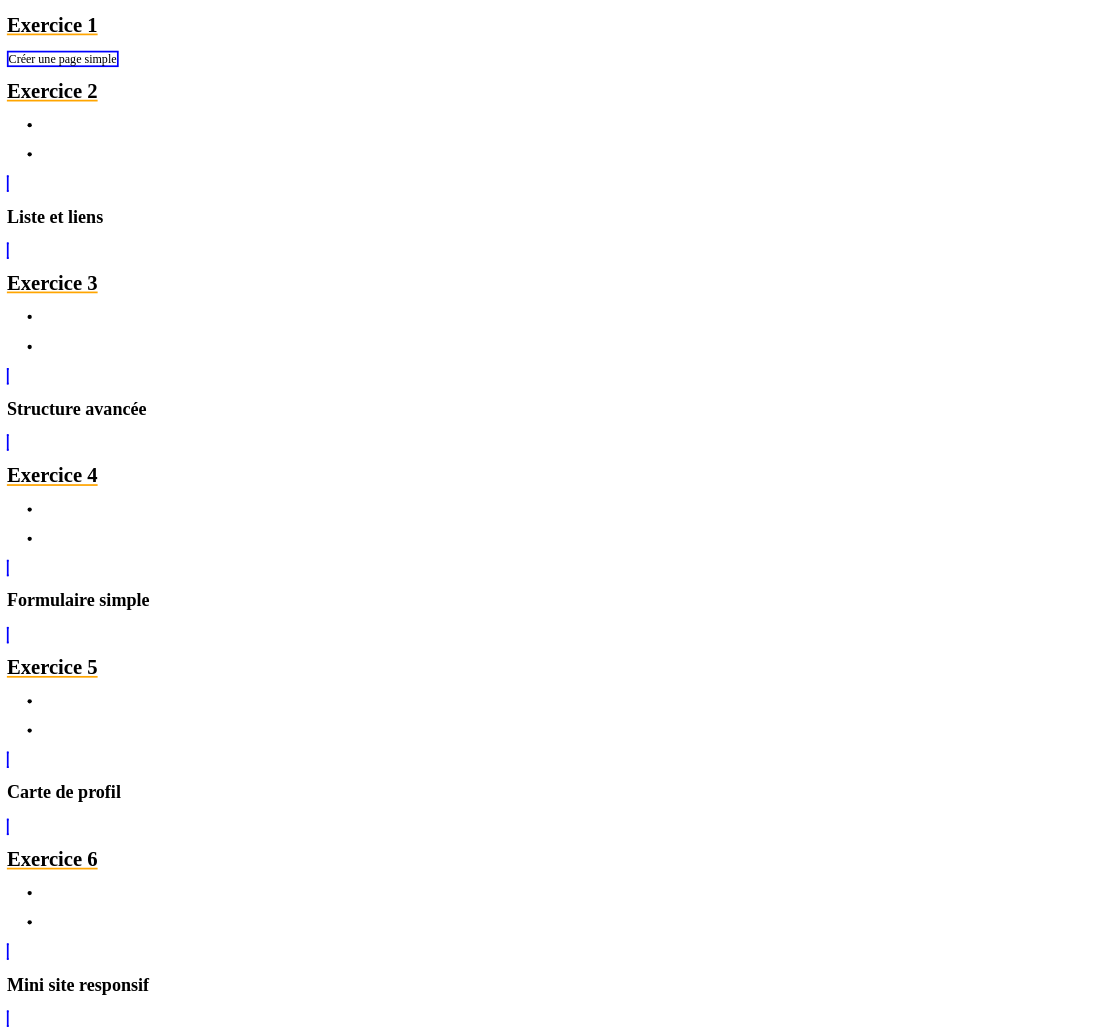
Repository: AnnaSpirit/Mimo_App
Page: Exercices_HTML&CSS.html
These files come from the project's save history. The page is drawn as it stood at one moment and after the next save; the edit follows.
The browser window is 1280 px wide. The pictures show the whole page, at 86% of full size.

Above is the page before, as saved 2024-12-05 16:28:33.

After the next save:
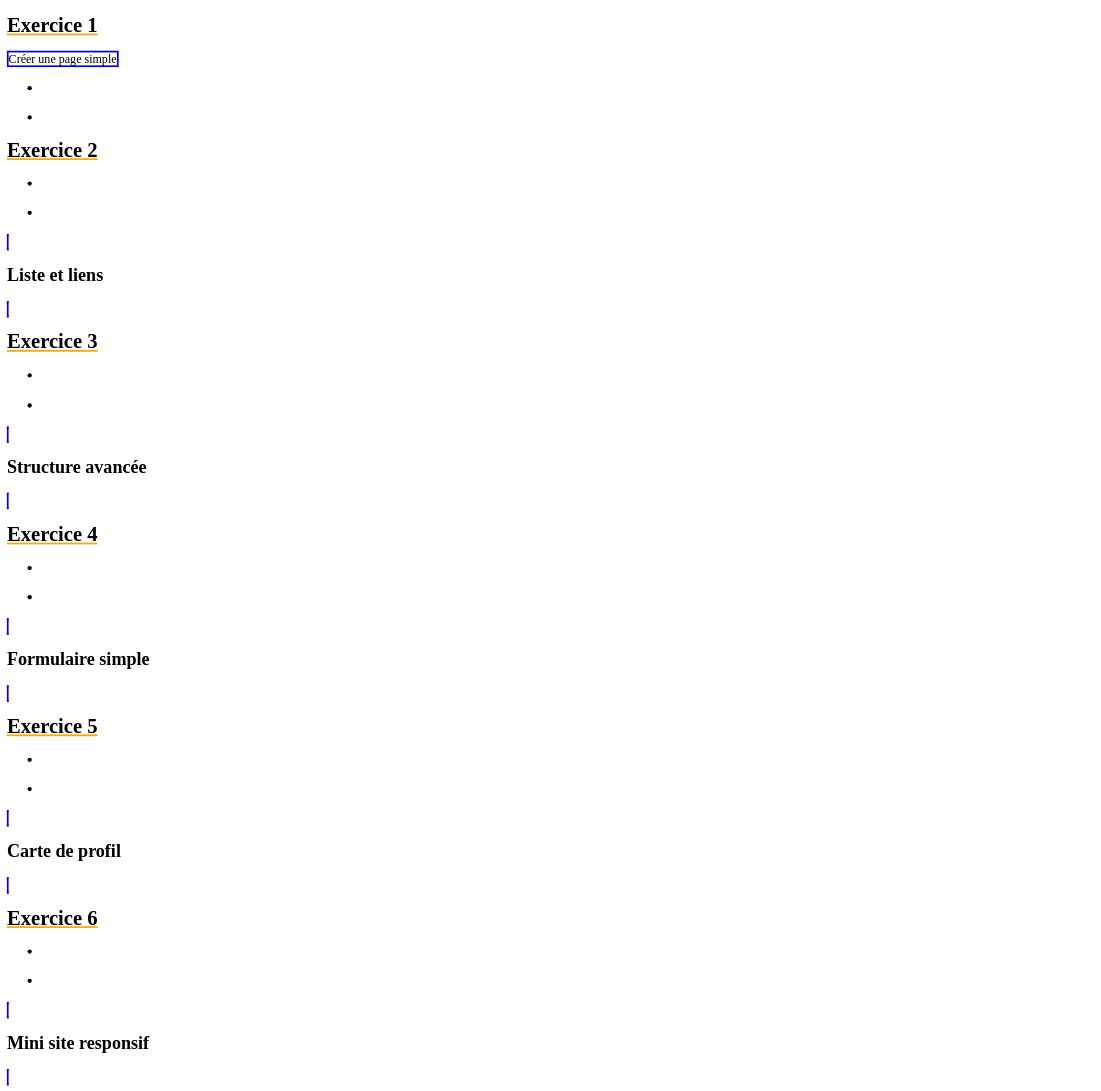
Saved 26 s later.
--- a/Exercices_HTML&CSS.html
+++ b/Exercices_HTML&CSS.html
@@ -9,6 +9,20 @@
 <body>
     <div><h1>Exercice 1</h1>
     <span class="Consigne">Créer une page simple</span>
+    <ul>
+        <li>
+            <ol></ol>
+            <ol></ol>
+            <ol></ol>
+            <ol></ol>
+        </li>
+        <li>
+            <ol></ol>
+            <ol></ol>
+            <ol></ol>
+            <ol></ol>
+        </li>
+    </ul>
     </div>
     <div><h1>Exercice 2</h1>
         <ul>
